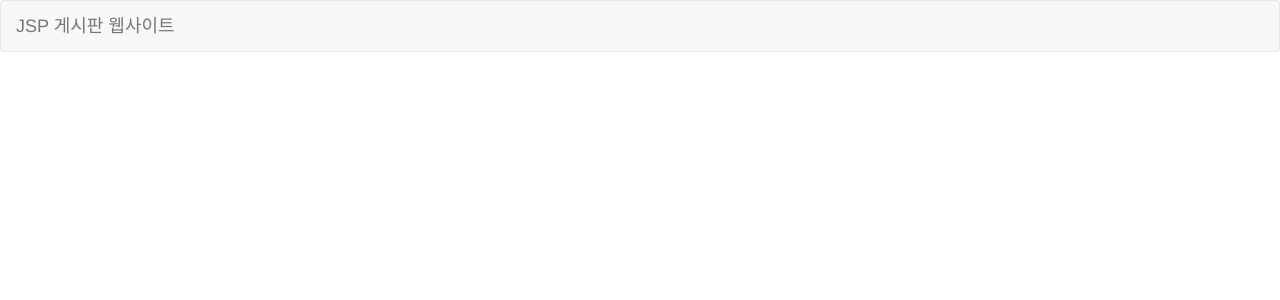
Repository: gyuwanc1/Board_Jsp
Page: http://localhost/BBS/join.jsp
These files come from the project's save history. The page is drawn as it stood at one moment and after the next save; the edit follows.
The browser window is 1280 px wide. The pictures show the whole page.
Some web libraries are served in a nearby version. The page is served by Tomcat 9. Other server files are loaded and not shown.

Above is the page before, as saved 2024-01-16 06:51:43.

### BBS/WebContent/join.jsp
<%@ page language="java" contentType="text/html; charset=UTF-8"
    pageEncoding="UTF-8"%>
<!DOCTYPE html>
<html>
<head>
<meta http-equiv="Content-Type" content="text/html; charset=UTF-8">
<meta name="viewport" content="width-device-width", intial-scale="1">
<link rel = "stylesheet" href="css/bootstrap.css">

<title>JSP 게시판 웹 사이트</title>
</head>
<body>
	<nav class="navbar navbar-default">
		<div class="navbar-header">
			<button type="button" class="navbar-toggle collapsed"
				data-toggle="collapse" data-target="#bs-example-navbar-collapse-1"
				aria-expanded="false">
				<span class="icon-bar"></span>
				<span class="icon-bar"></span>
				<span class="icon-bar"></span>
			</button>
			<a class="navbar-brand" href="main.jsp">JSP 게시판 웹사이트</a>
		</div>
	</nav>

	<script src="https://code.jquery.com/jquery-3.1.1.min.js"></script>
	<script src="js/bootstrap.js"></script>
</body>
</html>

Loaded but not shown: BBS/WebContent/css/bootstrap.css (library); BBS/WebContent/js/bootstrap.js (library)

After the next save:
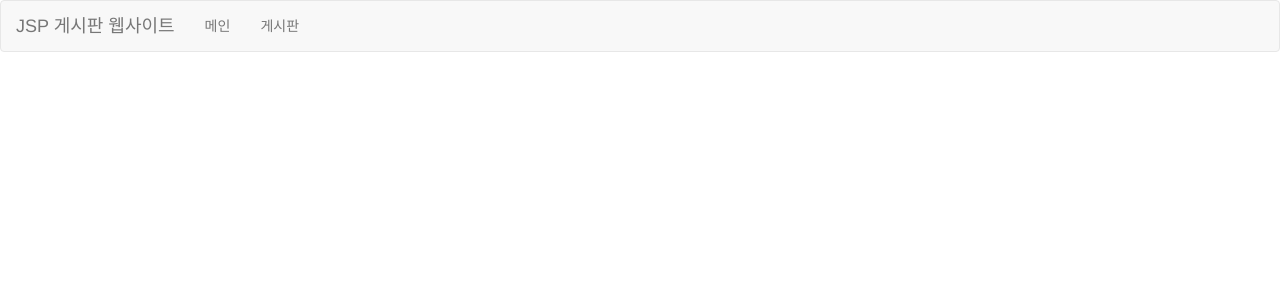
Saved 4 min 29 s later.
--- a/BBS/WebContent/join.jsp
+++ b/BBS/WebContent/join.jsp
@@ -21,6 +21,12 @@
 			</button>
 			<a class="navbar-brand" href="main.jsp">JSP 게시판 웹사이트</a>
 		</div>
+		<div class="collapse navbar-collapse" id="bs-example-navbar-collapse-1">
+			<ul class="nav navbar-nav">
+				<li><a href="main.jsp">메인</a></li>
+				<li><a href="bbs.jsp">게시판</a></li>
+			</ul>
+		</div>
 	</nav>
 
 	<script src="https://code.jquery.com/jquery-3.1.1.min.js"></script>
